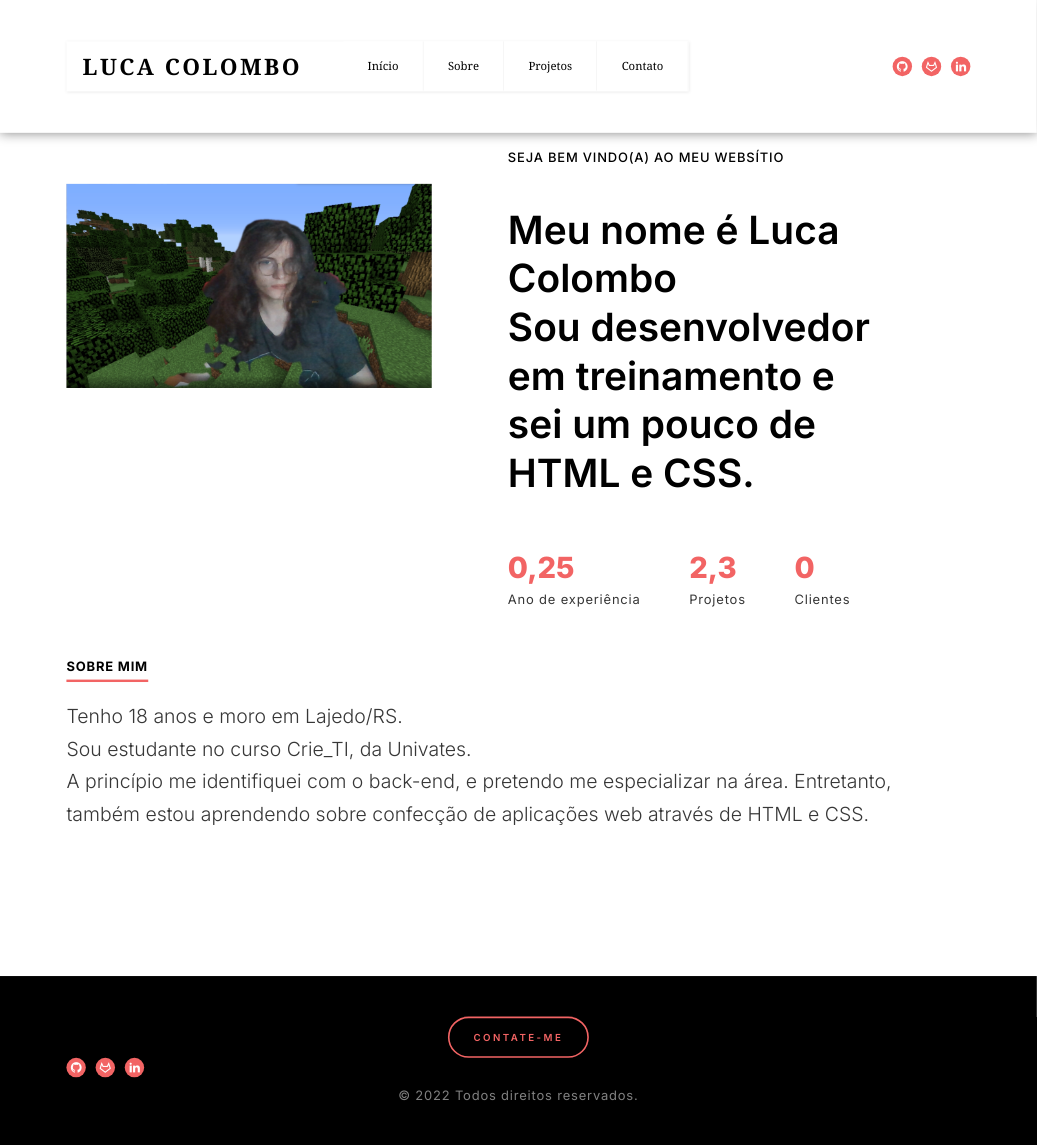
Repository: lxcxcxlxmb/portfolio
Page: index.html
The author's editor kept a copy of each file at every save. The page is drawn from the files as they stood at one save, then again after the next save.
The browser window is 1280 px wide. The pictures show the whole page, at 81% of full size.

Above is the page before, as saved 2022-05-25 13:54:34.

### index.html
<!doctype html>
<html lang="pt-BR">

<head>
  <!-- Required meta tags -->
  <meta charset="utf-8">
  <meta name="viewport" content="width=device-width, initial-scale=1">
  <!-- Google Fots -->
  <link rel="preconnect" href="https://fonts.googleapis.com">
  <link rel="preconnect" href="https://fonts.gstatic.com" crossorigin>
  <link href="https://fonts.googleapis.com/css2?family=Inter:wght@100;200;300;400;500;600;700;800;900&display=swap"
    rel="stylesheet">
  <!-- Remixicon Icon -->
  <link href="https://cdn.jsdelivr.net/npm/remixicon@2.5.0/fonts/remixicon.css" rel="stylesheet">
  <!-- Remixicon Icon -->
  <!-- Bootstrap CSS -->
  <link href="https://cdn.jsdelivr.net/npm/bootstrap@5.0.2/dist/css/bootstrap.min.css" rel="stylesheet"
    integrity="sha384-EVSTQN3/azprG1Anm3QDgpJLIm9Nao0Yz1ztcQTwFspd3yD65VohhpuuCOmLASjC" crossorigin="anonymous">
  <link href="https://unpkg.com/aos@2.3.1/dist/aos.css" rel="stylesheet">
  <!-- Main CSS -->
  <link href="styles.css" rel="stylesheet">
  <link rel="stylesheet" href="reset.css">


  <title>portfolio</title>
</head>

<body>

  <!-- header -->
  <header class="ds-header" id="site-header">
    <div class="container">
      <div class="ds-header-inner">
        <!-- logo -->
        <a href="index.html" class="ds-logo">
          <span>L</span>Luca Colombo
        </a>
        <div class="header">
          <a href="index.html" class="logo">Luca Colombo</a>
          <input class="menu-btn" type="checkbox" id="menu-btn" />
          <label class="menu-icon" for="menu-btn"><span class="navicon"></span></label>
          <ul class="menu">
            <li><a href="index.html">Início</a></li>
            <li><a href="sobre.html">Sobre</a></li>
            <li><a href="projetos.html">Projetos</a></li>
            <li><a href="contato.html">Contato</a></li>
          </ul>
        </div>
        <!-- social -->
        <ul class="ds-social">
          <li><a href="https://github.com/lxcxcxlxmb" target="_blank"><i class="ri-github-fill"></i></a></li>
          <li><a href="https://gitlab.com/lxcxcxlxmbx" target="_blank"><i class="ri-gitlab-line"></i></a></li>
          <li><a href="https://www.linkedin.com/in/luca--colombo/" target="_blank"><i class="ri-linkedin-fill"></i></a>
          </li>
        </ul>
              <!-- social -->
      </div>
    </div>
  </header>
  <!-- header -->
  <!-- banner -->
  <div class="ds-banner">
    <div class="container">
      <div class="row">
        <div class="col-12 col-sm-12 col-md-5 col-lg-5 col-xl-5 col-xxl-5">
          <figure>
            <br>
            <br>
            <br>
            <img src="eu.png">
          </figure>
        </div>
        <div class="col-12 col-sm-12 col-md-7 col-lg-7 col-xl-7 col-xxl-7">
          <section>
            <h1>
              <span>SEJA BEM VINDO(A) AO MEU WEBSÍTIO</span>
              Meu nome é Luca Colombo <br> Sou desenvolvedor em treinamento e sei um pouco de HTML e CSS.
            </h1>
            <ul class="ds-numbervalulist">
              <li>
                <strong>0,25</strong>
                <span>Ano de experiência</span>
              </li>
              <li>
                <strong>2,3</strong>
                <span>Projetos</span>
              </li>
              <li>
                <strong>0</strong>
                <span>Clientes</span>
              </li>
            </ul>
          </section>
        </div>
      </div>
    </div>
  </div>
  <!-- banner -->

  <!-- about -->
  <div class="ds-about-section">
    <div class="container">
      <section>
        <h2 class="ds-heading">Sobre mim</h2>
        <p>Tenho 18 anos e moro em Lajedo/RS.<br> Sou estudante no curso Crie_TI, da Univates.<br> A princípio me identifiquei com o back-end, e pretendo me especializar na área. Entretanto, também estou aprendendo sobre confecção de aplicações web através de HTML e CSS.</p>
      </section>
    </div>
  </div>
  <!-- about -->
  <!--  footer -->
  <footer class="ds-footer text-center">
    <div class="container">
      <section>
        <a href="contato.html" class="ds-button">Contate-me</a>
        <ul class="ds-social">
          <li><a href="https://github.com/lxcxcxlxmb" target="_blank"><i class="ri-github-fill"></i></a></li>
          <li><a href="https://gitlab.com/lxcxcxlxmbx" target="_blank"><i class="ri-gitlab-line"></i></a></li>
          <li><a href="https://www.linkedin.com/in/luca--colombo/" target="_blank"><i class="ri-linkedin-fill"></i></a>
          </li>
        </ul>
      </section>
      <span class="ds-copyright">© 2022 Todos direitos reservados.</span>
    </div>
  </footer>

</body>

</html>

### styles.css
/*
Theme Name: Jason Stroff

  1. >>> Headr Style
  2. >>> Banner Style
  3. >>> About Style
  4. >>> Skills Style
  5. >>> Experience Style
  6. >>> Work Style
  7. >>> Footer Style

*/
/*--------------------------------------------------------------
>>> TABLE OF CONTENTS:
----------------------------------------------------------------*/
html {
	font-family: 'Inter', sans-serif;
	background-color: #FFF
}

body {
	font-family: 'Inter', sans-serif;
	overflow-x: hidden;
	background-color: #FFF;
	font-weight: 400;
	font-style: normal;
	color: #373737;
	font-size: 14px
}

a,
a:hover,
a:focus,
i,
input,
button,
input:focus,
.transition {
	text-decoration: none;
	outline: none;
	transition-delay: 0s;
	transition-duration: 0.4s;
	transition-property: all;
	transition-timing-function: ease;
	box-shadow: none;
}

a {
	color: #000
}

iframe {
	border: 0;
	outline: none;
}

::-moz-selection {
	background: #000;
	text-shadow: none;
	color: #FFF
}

::selection {
	background: #000;
	text-shadow: none;
	color: #FFF
}

img {
	max-width: 100%;
	border: none;
	outline: none;
	height: auto;
}

input,
textarea {
	border-radius: 0;
	resize: none;
}

ul {
	padding: 0;
	margin: 0;
}

@font-face {
	font-family: 'Inter', sans-serif;
}

input:-webkit-autofill,
textarea:-webkit-autofill,
select:-webkit-autofill {
	background-color: transparent;
	background-image: none;
	color: #000;
}

/* 1.2 Typography */
h1,
h2,
h3,
h4,
h5,
h6 {
	font-family: 'Inter', sans-serif;
}

figure {
	margin: 0
}

svg,
img {
	max-width: 100%;
	height: auto;
}

/*-----------------------------------------------------------------
  1. >>> Headr Style
----------------------------------------------------------------*/
.ds-header {
	position: relative;
	top: 0;
	width: 100%;
	z-index: 5;
	background-color: #FFF;
	padding: 70px 0;
	transition-delay: 0s;
	transition-duration: 0.4s;
	transition-property: all;
	transition-timing-function: ease;
	box-shadow: 0 0 1em #858585;
	display: flex;
	align-items: center;
	justify-content: space-between;
}

.ds-header.ds-fixed-header {
	padding: 20px 0;
	box-shadow: 0px 0px 20px rgba(0, 0, 0, 0.25);
}

.ds-header-inner {
	display: flex;
	justify-content: space-between;
	align-items: center;
}

.logo {
	font-family:Georgia, 'Times New Roman', Times, serif;
	text-transform: uppercase;
	font-weight: bold;
	font-size: 18px;
	letter-spacing: 3px;
	color: #000;
	display: flex;
	align-items: center;
	flex-wrap: nowrap;
}

.logo span {
	display: flex;
	align-items: center;
	justify-content: center;
	width: 40px;
	height: 40px;
	background-color: #000;
	border-radius: 4px;
	color: #FFF;
	font-size: 22px;
	font-weight: 600;
	text-align: center;
}

.logo:hover {
	color: #F26464;
}

.ds-social {
	list-style: none;
	display: flex;
	align-items: center;
	flex-wrap: wrap;
}

.ds-social li {
	margin-left: 12px;
}

.ds-social li:first-child {
	margin-left: 0;
}

.ds-social li a {
	border-radius: 100%;
	color: #FFF;
	width: 24px;
	height: 24px;
	background-color: #F26464;
	display: flex;
	justify-content: center;
	align-items: center;
	text-align: center;
	font-size: 16px;
}

.ds-social li a:hover {
	background-color: #000;
	color: #FFF;
}

/*.ds-navbar {
	display: inline-block;
	color: #373737;
	font-size: 16px;
	padding: 10px 20px;
	background-color: #FFF;
	margin-right: 15px;
	margin-bottom: 15px;
	margin-top: 15px;
	font-weight: 500;
}*/

.activ {
	color: #fff;
	background-color: #FF0077;
}

.inactiv {
	color: #494949;
}

.inactiv:hover {
	color: #FF0077;
}

.header {
	background-color: #fff;
	box-shadow: 1px 1px 4px 0 rgba(0,0,0,.1);
	position: absolute;
	align-items: center;
	vertical-align: middle;
	width: 60%;
	z-index: 3;
  }

  .header ul {
	margin: 0;
	padding: 0;
	font-family:Georgia, 'Times New Roman', Times, serif;
	list-style: none;
	overflow: hidden;
	background-color: #fff;
  }

  .header li a {
	display: block;
	padding: 20px 20px;
	border-right: 1px solid #f4f4f4;
	text-decoration: none;
  }

  .header li a:hover,
  .header .menu-btn:hover {
	background-color: #f4f4f4;
	color: #F26464;
  }

  .header .logo {
	display: block;
	float: left;
	font-size: 2em;
	padding: 10px 20px;
	text-decoration: none;
  }

  /* menu */

  .header .menu {
	clear: both;
	max-height: 0;
	transition: max-height .2s ease-out;
  }

  /* menu icon */

  .header .menu-icon {
	cursor: pointer;
	display: inline-block;
	float: right;
	padding: 28px 20px;
	position: relative;
	user-select: none;
  }

  .header .menu-icon .navicon {
	background: #333;
	display: block;
	height: 2px;
	position: relative;
	transition: background .2s ease-out;
	width: 18px;
  }

  .header .menu-icon .navicon:before,
  .header .menu-icon .navicon:after {
	background: #333;
	content: '';
	display: block;
	height: 100%;
	position: absolute;
	transition: all .2s ease-out;
	width: 100%;
  }

  .header .menu-icon .navicon:before {
	top: 5px;
  }

  .header .menu-icon .navicon:after {
	top: -5px;
  }

  /* menu btn */

  .header .menu-btn {
	display: none;
  }

  .header .menu-btn:checked ~ .menu {
	max-height: 240px;
  }

  .header .menu-btn:checked ~ .menu-icon .navicon {
	background: transparent;
  }

  .header .menu-btn:checked ~ .menu-icon .navicon:before {
	transform: rotate(-45deg);
  }

  .header .menu-btn:checked ~ .menu-icon .navicon:after {
	transform: rotate(45deg);
  }

  .header .menu-btn:checked ~ .menu-icon:not(.steps) .navicon:before,
  .header .menu-btn:checked ~ .menu-icon:not(.steps) .navicon:after {
	top: 0;
  }

  /* 48em = 768px */

  @media (min-width: 48em) {
	.header li {
	  float: left;
	}
	.header li a {
	  padding: 20px 30px;
	}
	.header .menu {
	  clear: none;
	  float: right;
	  max-height: none;
	}
	.header .menu-icon {
	  display: none;
	}
  }

/*-----------------------------------------------------------------
  2. >>> Banner Style
----------------------------------------------------------------*/
.ds-banner section {
	padding-left: 70px;
	padding-right: 100px;
}

.ds-banner section h1 span {
	display: block;
	text-transform: uppercase;
	letter-spacing: 1px;
	font-weight: 500;
	font-size: 16px;
	padding-bottom: 30px;
}

.ds-banner section h1 {
	font-weight: 600;
	font-size: 48px;
	line-height: 60px;
	color: #000;
}

.ds-numbervalulist {
	list-style: none;
	display: flex;
	align-items: center;
	flex-wrap: wrap;
	margin: 0;
	padding: 0;
	margin-top: 60px;
}

.ds-numbervalulist li {
	margin-right: 60px;
}

.ds-numbervalulist li:last-child {
	margin-right: 0;
}

.ds-numbervalulist strong {
	display: block;
	color: #F26464;
	font-size: 36px;
	font-weight: 800;
}

.ds-numbervalulist span {
	font-size: 16px;
	letter-spacing: 1px;
}

/*-----------------------------------------------------------------
  3. >>> About Style
----------------------------------------------------------------*/
.ds-about-section {
	padding-top: 60px;
	padding-bottom: 120px;
}

.ds-heading {
	display: inline-block;
	font-weight: 700;
	color: #000;
	text-transform: uppercase;
	letter-spacing: 1px;
	font-size: 16px;
	border-bottom: 3px solid #F26464;
	padding-bottom: 7px;
	margin-bottom: 23px;
}

.ds-about-section p {
	color: #373737;
	font-size: 24px;
	line-height: 40px;
	font-weight: 300;
	margin-bottom: 60px;
}

.ds-button {
	display: inline-block;
	text-transform: uppercase;
	font-size: 12px;
	line-height: 13px;
	font-weight: 600;
	letter-spacing: 3px;
	color: #F26464;
	padding: 17px 30px;
	border: 2px solid #F26464;
	border-radius: 60px;
}

.ds-button:hover {
	background-color: #F26464;
	color: #FFF;
}

.ds-arrow-button i {
	display: inline-block;
	vertical-align: middle;
}

/*-----------------------------------------------------------------
  4. >>> Skills Style
----------------------------------------------------------------*/
.ds-skills-section {
	padding-bottom: 105px;
}

.ds-skills-list {
	list-style: none;
	padding: 0;
	margin: 0;
	display: flex;
	flex-wrap: wrap;
	align-items: center;
	margin-top: 11px;
}

.ds-skills-list li {
	display: inline-block;
	color: #373737;
	font-size: 16px;
	padding: 10px 20px;
	background-color: #FFF;
	border: 1px solid #D7D7D7;
	border-radius: 27px;
	margin-right: 15px;
	margin-bottom: 15px;
	font-weight: 500;
}

/*-----------------------------------------------------------------
  5. >>> Experience Style
----------------------------------------------------------------*/
.ds-experience-section {
	padding-bottom: 120px;
}

.ds-experience-list section {
	padding-right: 70px;
}

.ds-experience-list {
	padding-top: 15px;
}

.ds-officename {
	font-size: 24px;
	font-weight: 300;
	margin-bottom: 10px;
}

.ds-experience-list span {
	display: block;
}

span.ds-year {
	color: #373737;
	font-size: 14px;
	font-weight: 700;
	padding-bottom: 10px;
}

span.ds-department {
	color: #373737;
	font-weight: 500;
	font-size: 18px;
	padding-bottom: 30px;
}

.ds-experience-list p {
	font-size: 16px;
	line-height: 24px;
	font-weight: 300;
}

.ds-experience-list ul {
	list-style: none;
	padding: 0;
	margin: 0;
	padding-top: 10px;
}

.ds-experience-list ul li {
	font-size: 16px;
	line-height: 24px;
	font-weight: 300;
	padding-left: 28px;
	position: relative;
	margin-bottom: 20px;
}

.ds-experience-list ul li:before {
	content: "";
	position: absolute;
	left: 0;
	top: 10px;
	border-radius: 100%;
	width: 8px;
	height: 8px;
	background-color: #373737;
}

/*-----------------------------------------------------------------
  6. >>> Work Style
----------------------------------------------------------------*/
.ds-work-section {
	padding-bottom: 80px;
}

.ds-work-list {
	padding-left: 70px;
	padding-top: 40px;
	padding-right: 70px;
	background-color: #F6F8FA;
	margin-bottom: 40px;
}

.ds-work-list section {
	padding-top: 20px;
	padding-right: 120px;
}

.ds-work-tilte {
	color: #000;
	font-size: 30px;
	line-height: 36px;
	font-weight: 600;
	margin-bottom: 30px;
}

.ds-work-list p {
	font-weight: 300;
	font-size: 18px;
	line-height: 30px;
}

.ds-work-list .ds-button {
	margin-top: 20px;
}

.ds-work-det-hed {
	padding-top: 42px;
	padding-bottom: 80px;
}

.ds-work-det-title {
	font-weight: 600;
	color: #000;
	font-size: 48px;
	margin-bottom: 20px;
}

.ds-work-det-dep {
	display: block;
	font-weight: 600;
	color: #000;
	font-size: 18px;
}

.ds-work-content-sec {
	padding: 100px 0;
}

.ds-work-content-sec p {
	font-size: 18px;
	line-height: 36px;
	margin-bottom: 30px;
}

.ds-work-content-sec h2 {
	font-size: 30px;
	font-weight: 700;
	margin-bottom: 30px;
}

.ds-work-content-sec ul {
	list-style: none;
	padding: 0;
	margin: 0;
}

.ds-work-content-sec li {
	font-size: 18px;
	line-height: 36px;
	padding-left: 28px;
	position: relative;
	margin-bottom: 20px;
}

.ds-work-content-sec li:before {
	content: "";
	position: absolute;
	left: 0;
	top: 13px;
	border-radius: 100%;
	width: 8px;
	height: 8px;
	background-color: #373737;
}

/*-----------------------------------------------------------------
  7. >>> Footer Style
----------------------------------------------------------------*/
.ds-footer {
	background-color: #000;
	padding: 50px 0;
}

.ds-footer section {
	padding-bottom: 10px;
}

.ds-footer section span {
	color: rgba(255, 255, 255, 0.5);
	text-transform: uppercase;
	font-weight: 700;
	font-size: 16px;
	letter-spacing: 1px;
	display: block;
	padding-bottom: 20px;
}

.ds-footer section h4 {
	color: #FFF;
	font-size: 48px;
	font-weight: 700;
}

.ds-footer section p {
	letter-spacing: 1.13px;
	color: #FFF;
	font-size: 18px;
	margin-bottom: 40px;
}

.ds-copyright {
	color: rgba(255, 255, 255, 0.5);
	letter-spacing: 1px;
	font-size: 16px;
}

.ds-copyright a {
	color: rgba(255, 255, 255, 0.5);
}

.ds-copyright a:hover {
	color: #F26464;
}



/*-------------------------------------------------------------------------------
 Responsive XS Style @media (max-width: 767px)
-------------------------------------------------------------------------------*/
@media (max-width: 768px) {

	.ds-header,
	.ds-header.ds-fixed-header {
		padding: 15px 0;
	}

	.ds-banner,
	.ds-about-section,
	.ds-skills-section,
	.ds-experience-section,
	.ds-work-section,
	.ds-work-details-section {
		padding-left: 10px;
		padding-right: 10px;
	}

	/*.ds-logo {
		font-size: 0;
	}*/

	.ds-banner figure {
		padding: 30px 0;
	}

	.ds-banner section {
		padding-left: 0;
		padding-right: 0;
	}

	.ds-banner section h1 span {
		padding-bottom: 0;
	}

	.ds-banner section h1,
	.ds-work-det-title {
		font-size: 30px;
		line-height: 40px;
	}

	.ds-numbervalulist {
		margin-top: 20px;
	}

	.ds-numbervalulist li {
		margin-right: 30px;
	}

	.ds-numbervalulist strong {
		font-size: 30px;
	}

	.ds-numbervalulist span {
		font-size: 14px;
	}

	.ds-about-section {
		padding-bottom: 60px;
	}

	.ds-about-section p,
	.ds-work-content-sec p,
	.ds-work-content-sec li {
		font-size: 15px;
		line-height: 30px;
		margin-bottom: 30px;
	}

	.ds-skills-list li {
		margin-right: 10px;
		margin-bottom: 10px;
		font-size: 14px;
	}

	.ds-skills-section .col-12,
	.ds-experience-list .col-12 {
		margin-bottom: 40px;
	}

	.ds-skills-section,
	.ds-work-section,
	.ds-experience-section {
		padding-bottom: 0;
	}

	.ds-experience-list section {
		padding-right: 0;
	}

	.ds-work-list {
		padding: 30px;
	}

	.ds-work-list p {
		font-size: 15px;
		line-height: 30px;
	}

	.ds-footer {
		padding: 60px 10px;
	}

	.ds-footer section h4 {
		font-size: 40px;
	}

	.ds-copyright {
		font-size: 14px;
	}

	.ds-footer section {
		padding-bottom: 30px;
	}

	.ds-button {
		padding: 11px 10px;
	}

	.ds-work-details-section {
		padding-top: 30px;
	}

	.ds-work-det-title {
		margin-bottom: 7px;
	}

	.ds-work-content-sec h2 {
		font-size: 20px;
	}

	.ds-work-content-sec {
		padding: 30px 0;
	}

	.ds-work-list section {
		padding-right: 0;
		padding-bottom: 30px;
	}
}


@media (min-width: 768px) and (max-width: 991px) {
	.ds-work-list section {
		padding-right: 30px;
	}

}

@media (min-width: 992px) and (max-width: 1199px) {
	.ds-banner section {
		padding-right: 0;
	}

	.ds-work-list section {
		padding-right: 30px;
		padding-bottom: 60px;
	}


}

### reset.css
/*
html, body, div, span, applet, object, iframe,
h1, h2, h3, h4, h5, h6, p, blockquote, pre,
a, abbr, acronym, address, big, cite, code,
del, dfn, em, img, ins, kbd, q, s, samp,
small, strike, strong, sub, sup, tt, var,
b, u, i, center,
dl, dt, dd, ol, ul, li,
fieldset, form, label, legend,
table, caption, tbody, tfoot, thead, tr, th, td,
article, aside, canvas, details, embed,
figure, figcaption, footer, header, hgroup,
menu, nav, output, ruby, section, summary,
time, mark, audio, video {
	margin: 0;
	padding: 0;
	border: 0;
	font-size: 100%;
	font: inherit;
	vertical-align: baseline;
}
/* HTML5 display-role reset for older browsers */
/*
article, aside, details, figcaption, figure,
footer, header, hgroup, menu, nav, section {
	display: block;
}
body {
	line-height: 1;
}
ol, ul {
	list-style: none;
}
blockquote, q {
	quotes: none;
}
blockquote:before, blockquote:after,
q:before, q:after {
	content: '';
	content: none;
}
table {
	border-collapse: collapse;
	border-spacing: 0;
}*/

After the next save:
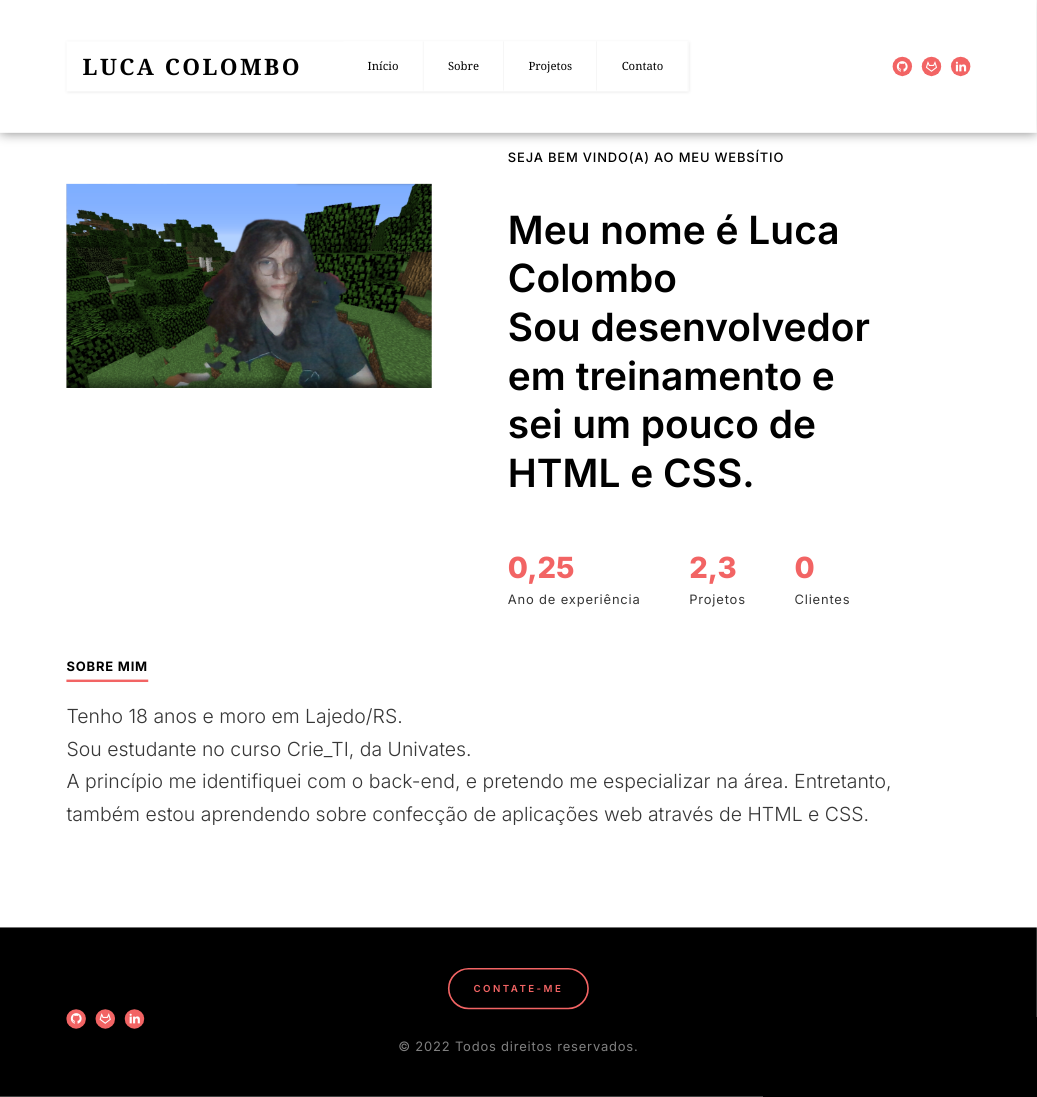
Saved 61 s later.
--- a/styles.css
+++ b/styles.css
@@ -447,7 +447,7 @@
 	font-size: 24px;
 	line-height: 40px;
 	font-weight: 300;
-	margin-bottom: 60px;
+	margin-bottom: 0px;
 }
 
 .ds-button {

After the save that followed:
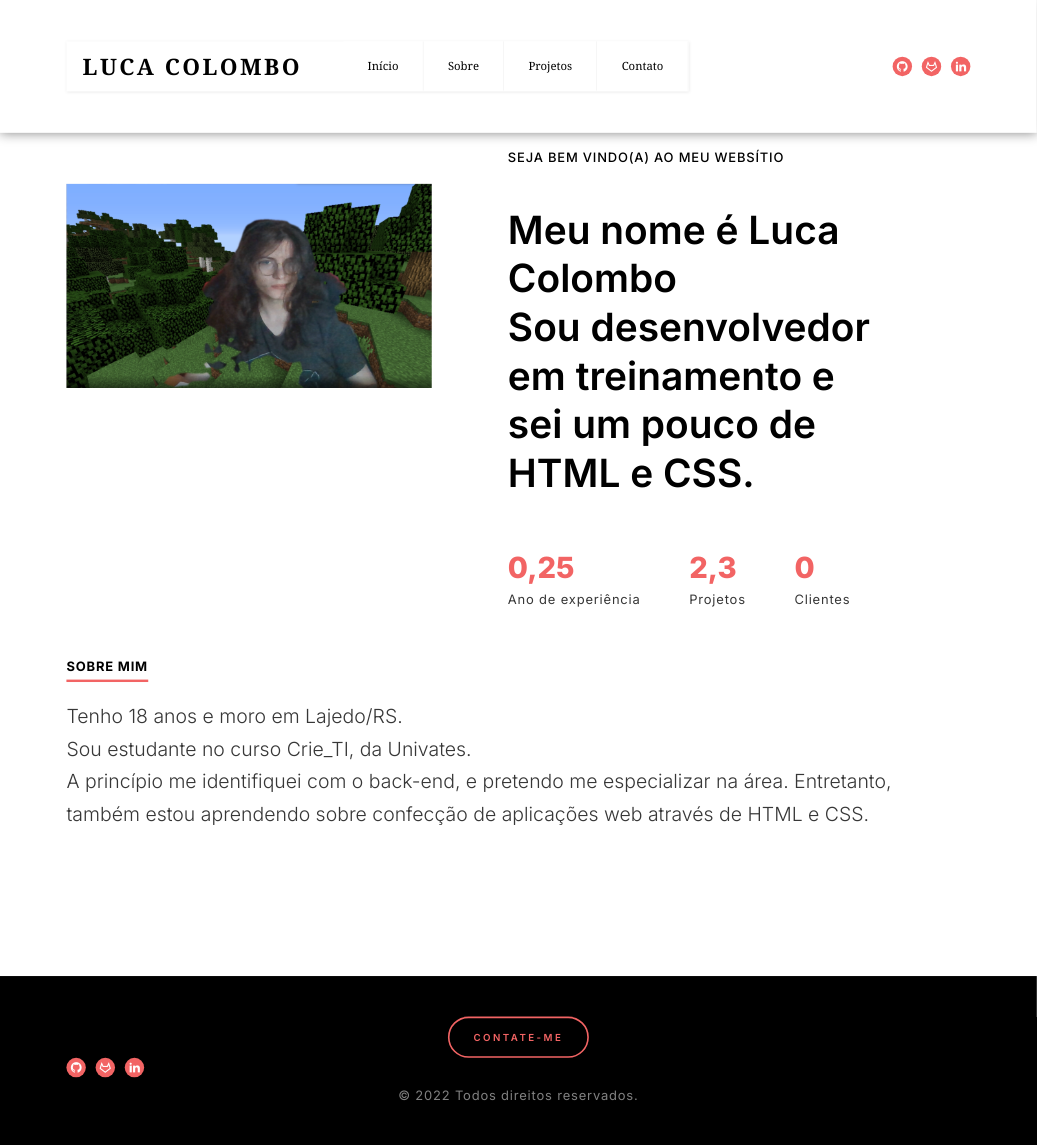
Saved 32 s later.
--- a/styles.css
+++ b/styles.css
@@ -447,7 +447,7 @@
 	font-size: 24px;
 	line-height: 40px;
 	font-weight: 300;
-	margin-bottom: 0px;
+	margin-bottom: 60px;
 }
 
 .ds-button {
